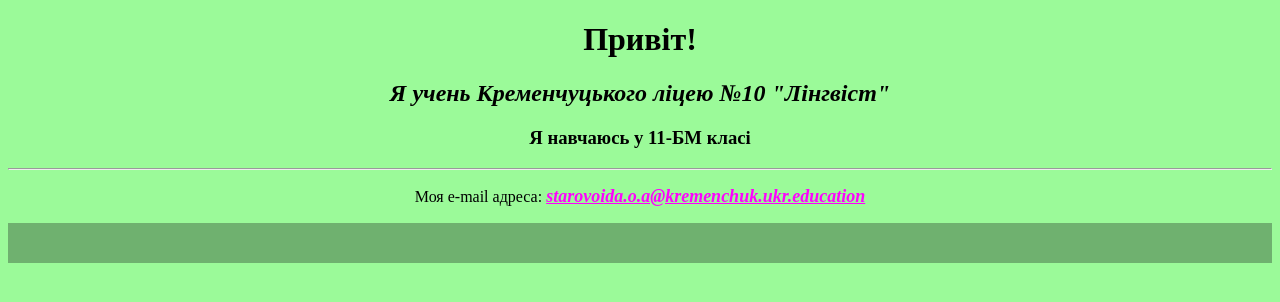
Repository: alexandrastarovoyda-star/homework_info
Page: pr3/html/pr3.html
An editor plug-in stored every save of this project. The page is shown before and after the next save, followed by the edit.
The browser window is 1280 px wide. The pictures show the whole page.

Above is the page before, as saved 2026-01-28 12:18:51.

After the next save:
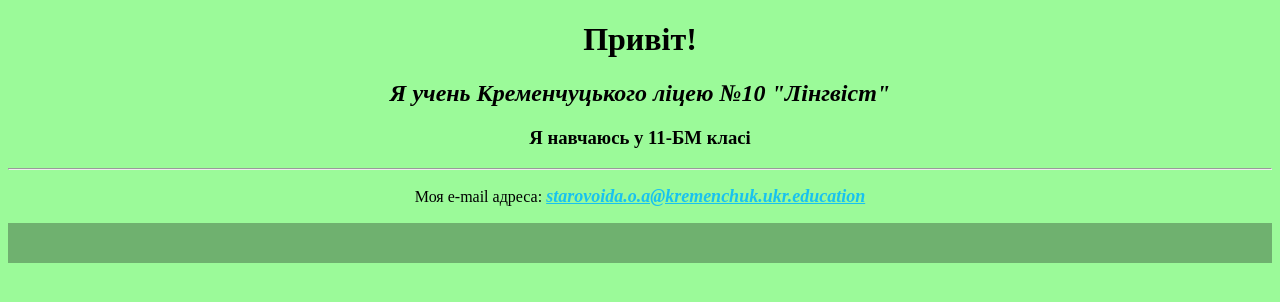
Saved 22 s later.
--- a/pr3/css/main.css
+++ b/pr3/css/main.css
@@ -12,7 +12,7 @@
 }
 
 .mail{
-    color: magenta;
+    color: rgba(0, 183, 255, 0.849);
     font-style: italic;
     font-weight: bold;
     font-size: 18px;
